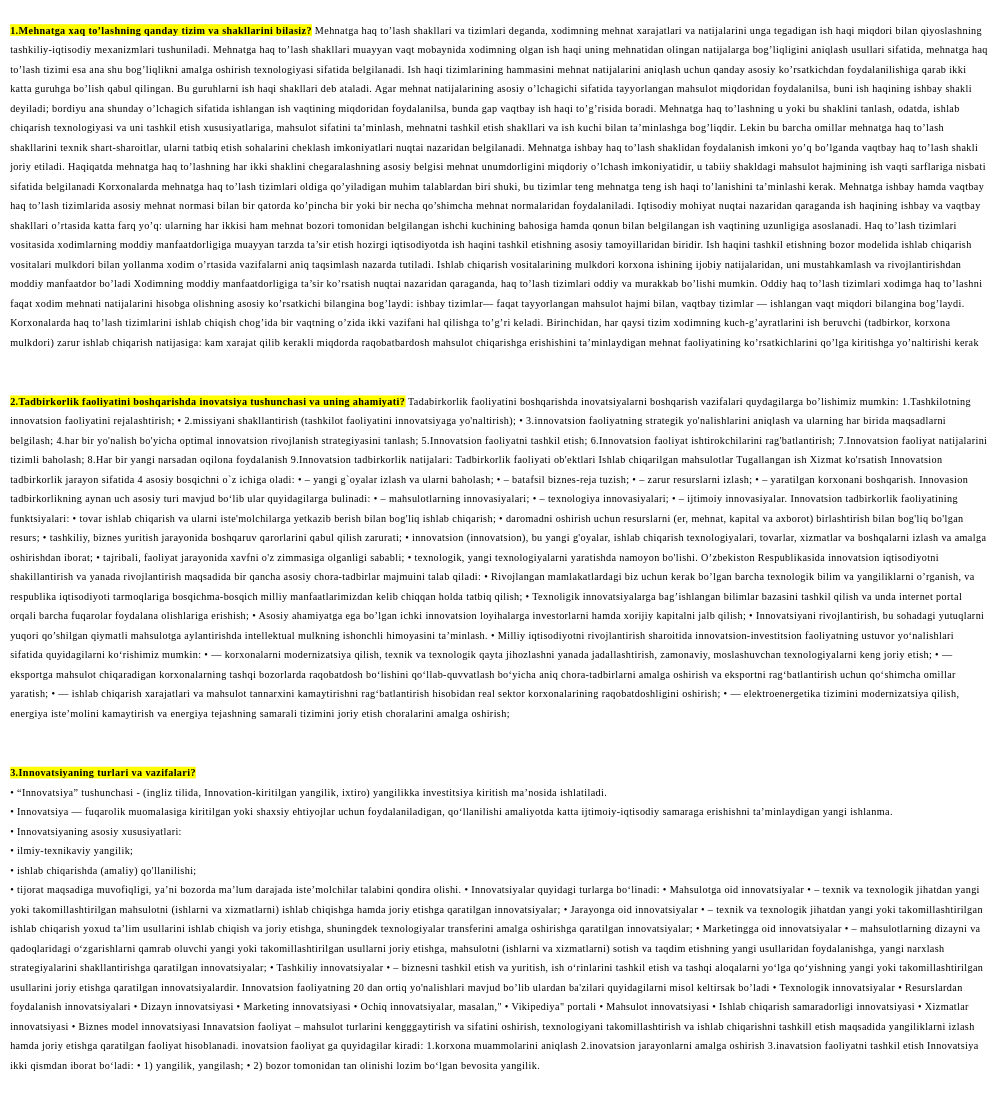
Repository: Ikromkhurozov/tsue-exam-answers
Page: index.html
An editor plug-in stored every save of this project. The page is shown before and after the next save, followed by the edit.
The browser window is 1280 px wide. The pictures show the whole page, at 78% of full size.

Above is the page before, as saved 2024-01-15 00:58:58.

After the next save:
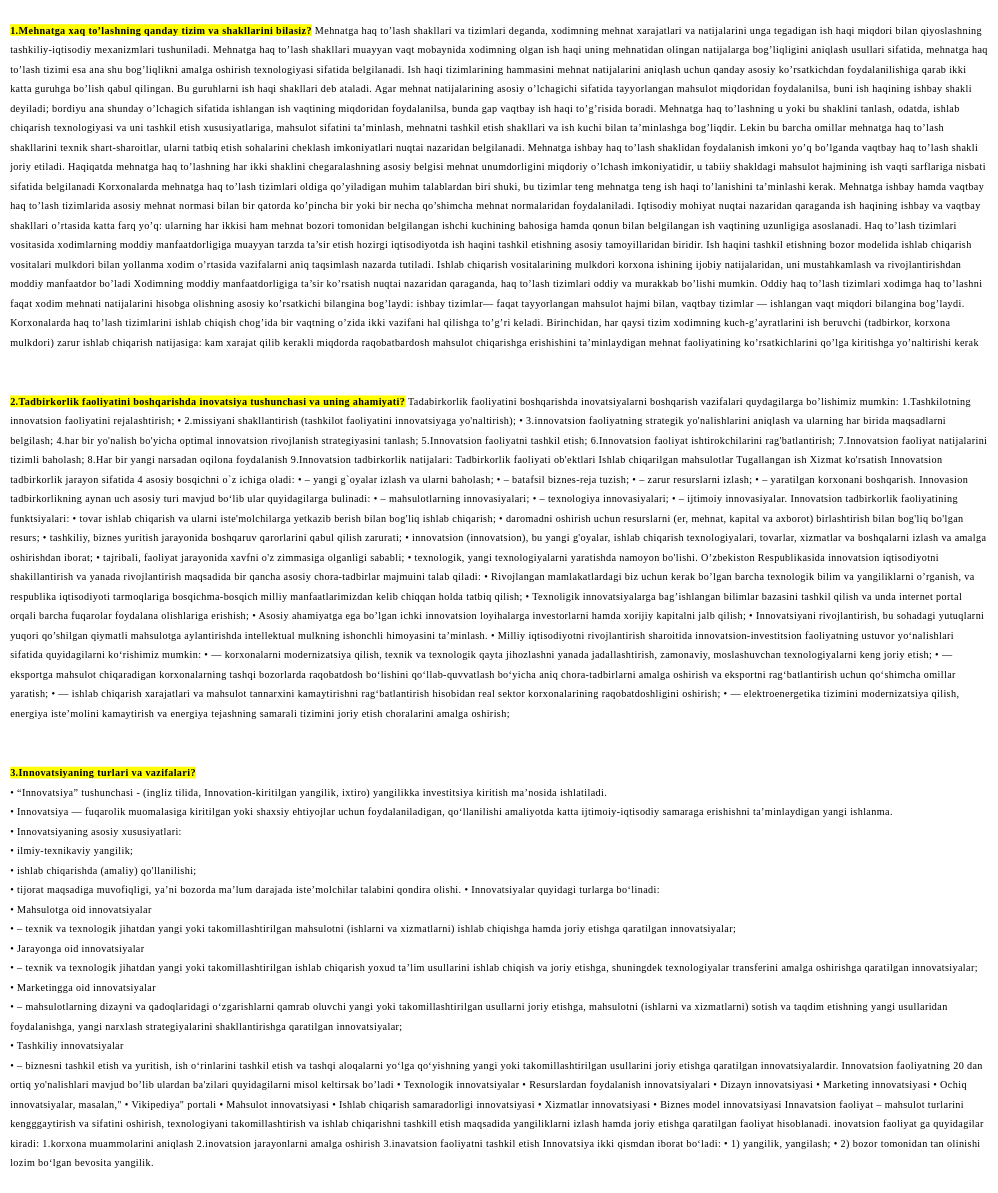
Saved 14 s later.
--- a/index.html
+++ b/index.html
@@ -85,14 +85,14 @@ Innovatsion tadbirkorlik faoliyatining funktsiyalari:
 talabini qondira olishi.
 
 •	Innovatsiyalar quyidagi turlarga bo‘linadi:
-•	Mahsulotga oid innovatsiyalar
-•	–  texnik va texnologik jihatdan yangi yoki takomillashtirilgan mahsulotni (ishlarni va xizmatlarni) ishlab chiqishga hamda joriy etishga qaratilgan innovatsiyalar;
-•	Jarayonga oid innovatsiyalar
-•	– texnik va texnologik jihatdan yangi yoki takomillashtirilgan ishlab chiqarish yoxud ta’lim usullarini ishlab chiqish va joriy etishga, shuningdek texnologiyalar transferini amalga oshirishga qaratilgan innovatsiyalar;
-•	Marketingga oid innovatsiyalar
-•	– mahsulotlarning dizayni va qadoqlaridagi o‘zgarishlarni qamrab oluvchi yangi yoki takomillashtirilgan usullarni joriy etishga, mahsulotni (ishlarni va xizmatlarni) sotish va taqdim etishning yangi usullaridan foydalanishga, yangi narxlash strategiyalarini shakllantirishga qaratilgan innovatsiyalar;
-•	Tashkiliy innovatsiyalar
-•	– biznesni tashkil etish va yuritish, ish o‘rinlarini tashkil etish va tashqi aloqalarni yo‘lga qo‘yishning yangi yoki takomillashtirilgan usullarini joriy etishga qaratilgan innovatsiyalardir.
+<br>•	Mahsulotga oid innovatsiyalar
+<br>•	–  texnik va texnologik jihatdan yangi yoki takomillashtirilgan mahsulotni (ishlarni va xizmatlarni) ishlab chiqishga hamda joriy etishga qaratilgan innovatsiyalar;
+<br>•	Jarayonga oid innovatsiyalar
+<br>•	– texnik va texnologik jihatdan yangi yoki takomillashtirilgan ishlab chiqarish yoxud ta’lim usullarini ishlab chiqish va joriy etishga, shuningdek texnologiyalar transferini amalga oshirishga qaratilgan innovatsiyalar;
+<br>•	Marketingga oid innovatsiyalar
+<br>•	– mahsulotlarning dizayni va qadoqlaridagi o‘zgarishlarni qamrab oluvchi yangi yoki takomillashtirilgan usullarni joriy etishga, mahsulotni (ishlarni va xizmatlarni) sotish va taqdim etishning yangi usullaridan foydalanishga, yangi narxlash strategiyalarini shakllantirishga qaratilgan innovatsiyalar;
+<br>•	Tashkiliy innovatsiyalar
+<br>•	– biznesni tashkil etish va yuritish, ish o‘rinlarini tashkil etish va tashqi aloqalarni yo‘lga qo‘yishning yangi yoki takomillashtirilgan usullarini joriy etishga qaratilgan innovatsiyalardir.
 
 Innovatsion faoliyatning 20 dan ortiq yo'nalishlari mavjud bo’lib ulardan ba'zilari quyidagilarni misol keltirsak bo’ladi
 •	Texnologik innovatsiyalar
